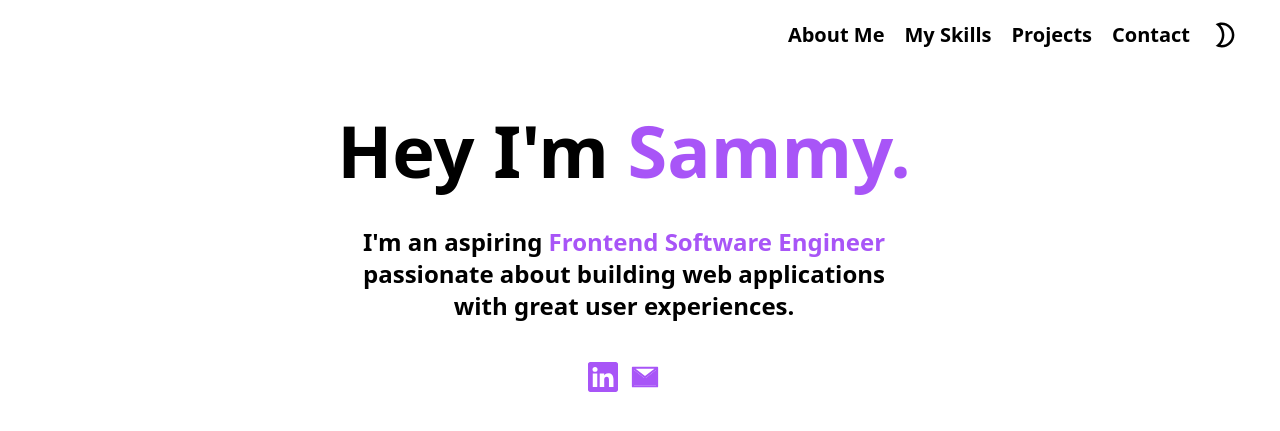
Repository: Al123Kudayyd/e-portfolio
Page: /
An editor plug-in stored every save of this project. The page is shown before and after the next save, followed by the edit.
The browser window is 1280 px wide. The pictures show the whole page.
The project was rebuilt for these pictures with package versions that can differ from the ones it lists, and the page was loaded fresh each time. The framework's server and built-in components were replaced by stand-ins that run in the browser. Also part of the build but not shown: next.config.js.

Above is the page before, as saved 2023-06-06 23:25:23.

### pages/index.tsx
import Info from "@/components/Info";
import Nav from "@/components/Nav";



export default function Home() {
  return (
    <>
      <Nav />
      <div className="flex justify-center items-center">
        <Info />
        <div className="border-black h-8 w-8"></div>
      </div>


    </>
  )
}

### components/Info.tsx
import { BsLinkedin } from 'react-icons/bs'
import { AiTwotoneMail } from 'react-icons/ai'

function Info() {
  return (
    <div className="overflow-hidden">
        <div className="space-y-10 my-11 flex-col text-center justify-center items-center mx-2">
          <h1 className="text-7xl font-bold">Hey I'm <span className="text-purple-500">Sammy.</span></h1>
          <h3 className="text-2xl font-semibold">I'm an aspiring <span className="text-purple-500">Frontend Software Engineer</span> <br /> passionate about building web applications <br /> with great user experiences.</h3>
          <div className="flex justify-center items-center space-x-3 text-3xl text-purple-500 cursor-pointer">
            <BsLinkedin />
            <AiTwotoneMail />
          </div>
        </div>
      </div>
  )
}

export default Info

### components/Nav.tsx
import { MdOutlineModeNight } from 'react-icons/md'
import { FaBars } from 'react-icons/fa'

function Nav() {
  return (
    <div className='my-5 mx-10 flex items-center justify-end font-bold cursor-pointer'>
        <FaBars className='flex md:hidden lg:hidden text-2xl hover:text-purple-500 transition' />
        <ul className='md:flex lg:flex hidden space-x-5 items-center justify-end text-xs sm:text-xl'>
            <li className='hover:text-purple-500 transition'>About Me</li>
            <li className='hover:text-purple-500 transition'>My Skills</li>
            <li className='hover:text-purple-500 transition'>Projects</li>
            <li className='hover:text-purple-500 transition'>Contact</li>
            <li><MdOutlineModeNight className='text-3xl hover:scale-110 transition' /></li>

        </ul>

    </div>
  )
}

export default Nav

Loaded but not shown: pages/_app.tsx (common file); pages/_document.tsx (common file); styles/globals.css (common file); tailwind.config.js (common file)

After the next save:
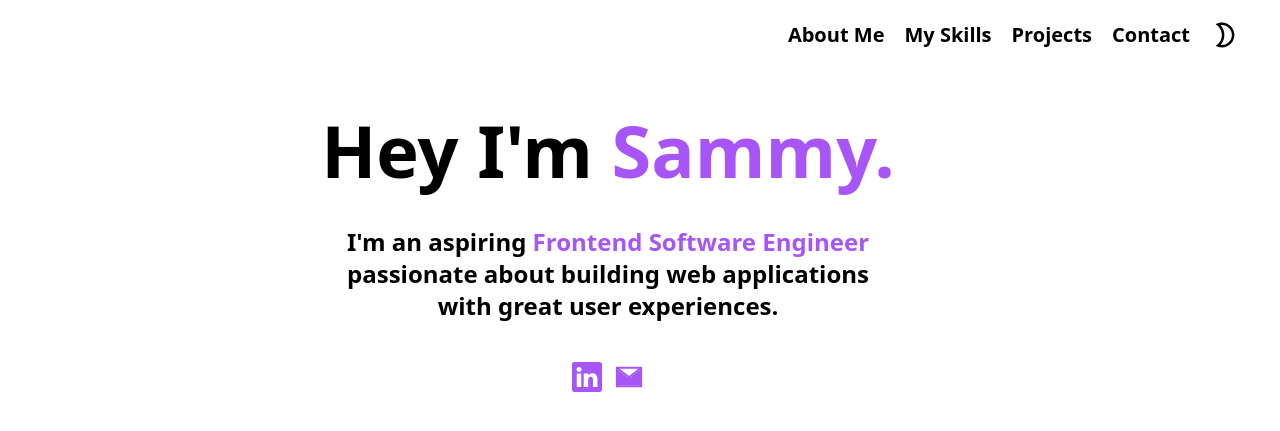
Saved 31 s later.
--- a/pages/index.tsx
+++ b/pages/index.tsx
@@ -9,7 +9,7 @@ export default function Home() {
       <Nav />
       <div className="flex justify-center items-center">
         <Info />
-        <div className="border-black h-8 w-8"></div>
+        <div className="border-black h-8 w-16"></div>
       </div>
 
 
